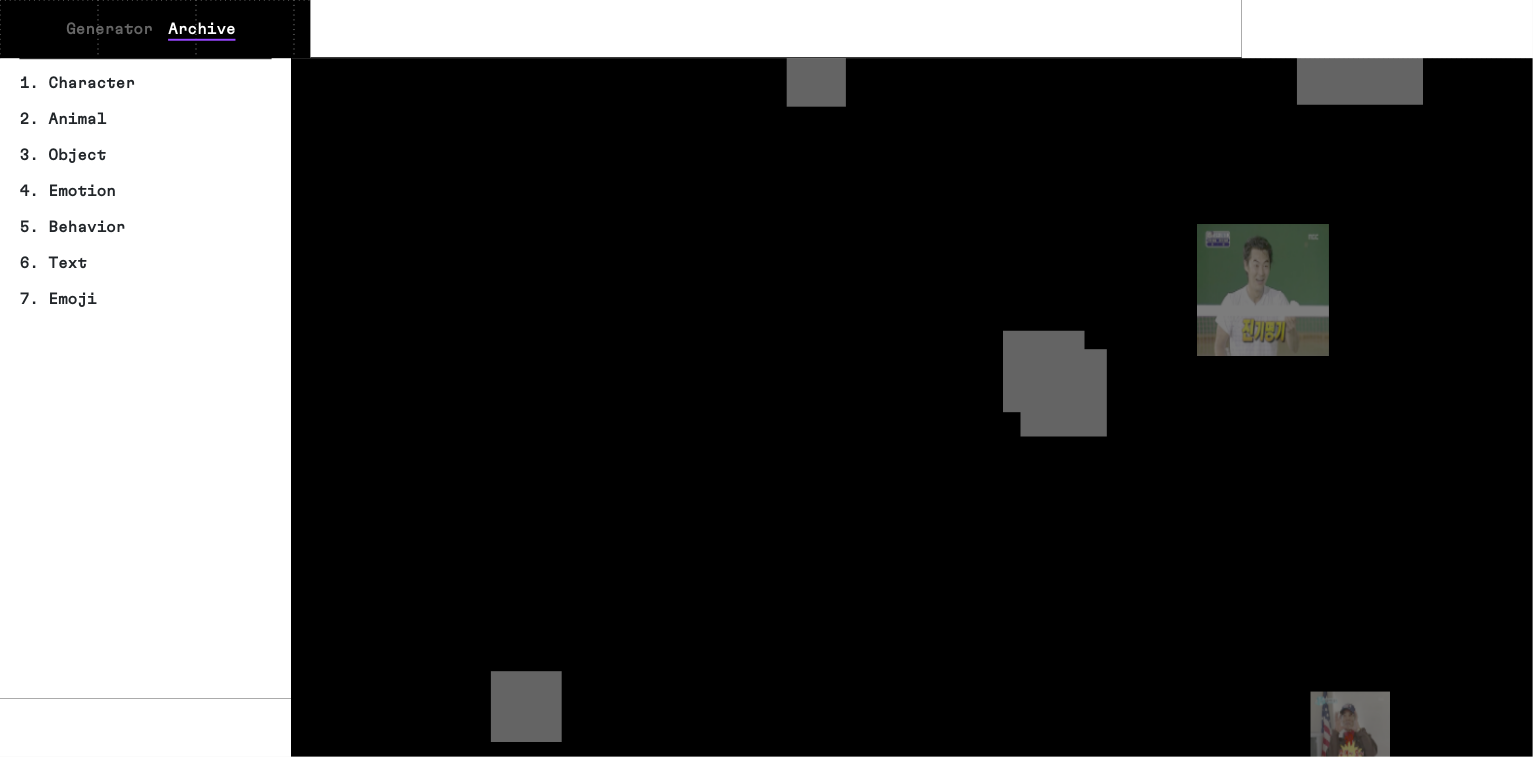
Repository: CastleBelll/project2
Page: /archive (app in job_app/)
An editor plug-in stored every save of this project. The page is shown before and after the next save, followed by the edit.
The browser window is 1280 px wide. The page is 1580 px wide, so the pictures cover 1580 px, including what lies to the right of the window. The pictures show the whole page, at 97% of full size.
The project was rebuilt for these pictures with package versions that can differ from the ones it lists, and the page was loaded fresh each time. Also part of the build but not shown: job_app/src/Generator/Generator.js.

Above is the page before, as saved 2024-12-15 09:48:06.

After the next save:
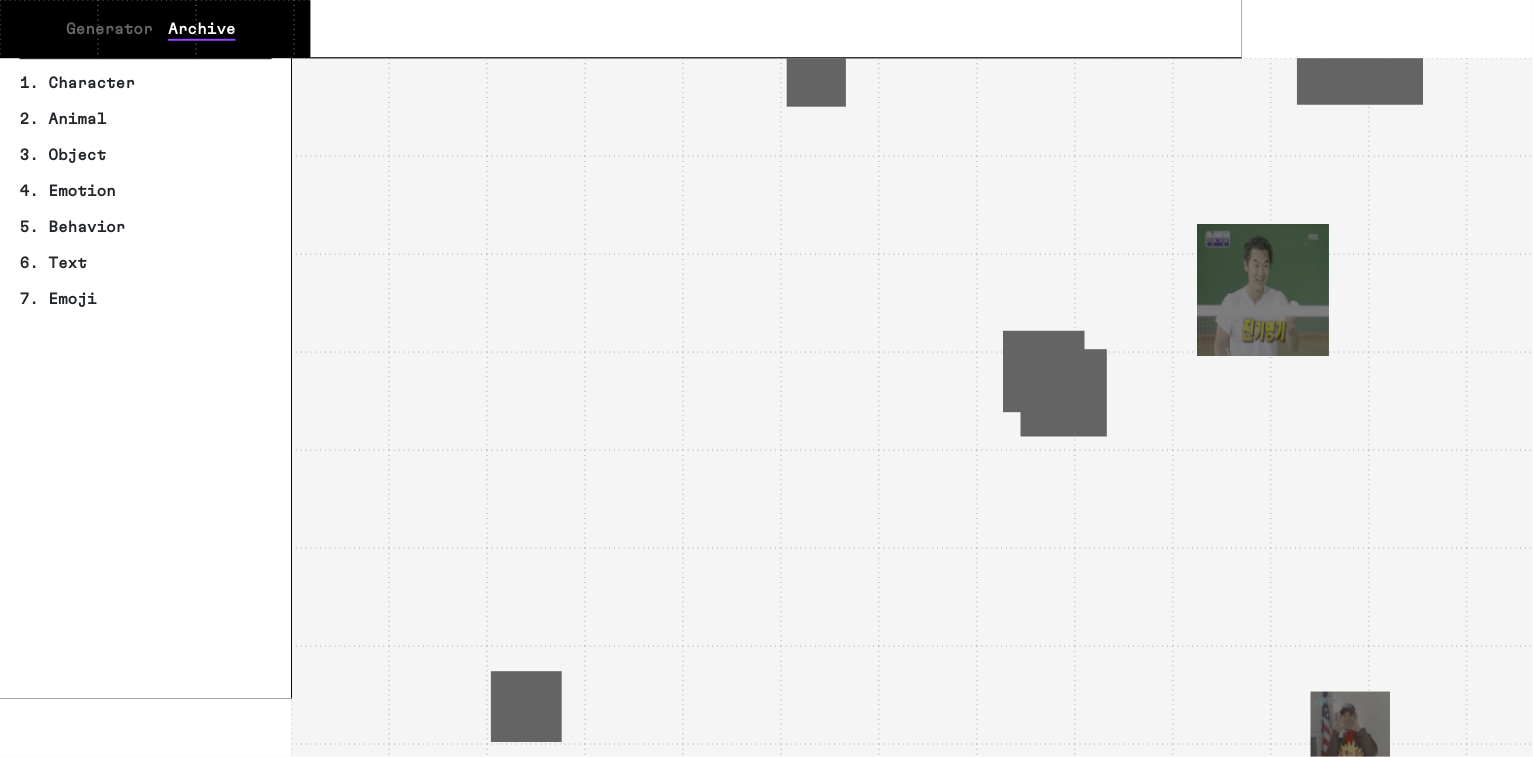
Saved 63 s later.
--- a/job_app/src/Archive/ArchiveMain.js
+++ b/job_app/src/Archive/ArchiveMain.js
@@ -20,6 +20,7 @@ const ArchiveMain = () => {
         position: [randomX, randomY, 0], // 랜덤 위치
         size: randomSize, // 랜덤 크기
         texture: `/images/${i + 1}.png`, // 텍스처 경로
+        isDragging: false, // 드래그 상태
       });
     }
     setImages(newImages);
@@ -31,6 +32,7 @@ const ArchiveMain = () => {
     const camera = new THREE.PerspectiveCamera(75, window.innerWidth / window.innerHeight, 0.1, 1000);
     const renderer = new THREE.WebGLRenderer({ canvas: canvasRef.current });
     renderer.setSize(window.innerWidth, window.innerHeight);
+    renderer.setClearColor(0x000000, 0); // 배경을 투명하게 설정
 
     // 조명 추가
     const ambientLight = new THREE.AmbientLight(0x404040, 1); // 부드러운 빛
@@ -46,7 +48,7 @@ const ArchiveMain = () => {
     // 랜덤 위치에 이미지들 추가
     const textureLoader = new THREE.TextureLoader();
     const planes = [];
-    images.forEach(({ id, position, size, texture }) => {
+    images.forEach(({ id, position, size, texture, isDragging }) => {
       const imageTexture = textureLoader.load(texture);
       const geometry = new THREE.PlaneGeometry(1, 1);
       const material = new THREE.MeshStandardMaterial({
@@ -57,7 +59,7 @@ const ArchiveMain = () => {
       const plane = new THREE.Mesh(geometry, material);
       plane.position.set(...position); // 랜덤 위치 설정
       plane.scale.set(size, size, 1); // 랜덤 크기 설정
-      planes.push(plane);
+      planes.push({ plane, id, isDragging });
       scene.add(plane);
     });
 
@@ -79,23 +81,38 @@ const ArchiveMain = () => {
     // 드래그 이벤트 처리
     let isDragging = false;
     let previousMousePosition = { x: 0, y: 0 };
+    let activeImage = null;
 
     const handleMouseDown = (event) => {
-      isDragging = true;
-      previousMousePosition = { x: event.clientX, y: event.clientY };
+      // 클릭한 위치에서 가장 가까운 이미지를 찾아드래그 시작
+      const mouse = new THREE.Vector2(
+        (event.clientX / window.innerWidth) * 2 - 1,
+        -(event.clientY / window.innerHeight) * 2 + 1
+      );
+      const raycaster = new THREE.Raycaster();
+      raycaster.updateMatrixWorld();
+      raycaster.setFromCamera(mouse, camera);
+      const intersects = raycaster.intersectObjects(scene.children);
+
+      if (intersects.length > 0) {
+        activeImage = intersects[0].object;
+        isDragging = true;
+        previousMousePosition = { x: event.clientX, y: event.clientY };
+      }
     };
 
     const handleMouseMove = (event) => {
-      if (!isDragging) return;
+      if (!isDragging || !activeImage) return;
       const deltaX = event.clientX - previousMousePosition.x;
       const deltaY = event.clientY - previousMousePosition.y;
-      camera.position.x -= deltaX * 0.01;
-      camera.position.y += deltaY * 0.01;
+      activeImage.position.x += deltaX * 0.01;
+      activeImage.position.y -= deltaY * 0.01;
       previousMousePosition = { x: event.clientX, y: event.clientY };
     };
 
     const handleMouseUp = () => {
       isDragging = false;
+      activeImage = null;
     };
 
     // 윈도우 사이즈 변경 시 카메라 비율 업데이트
